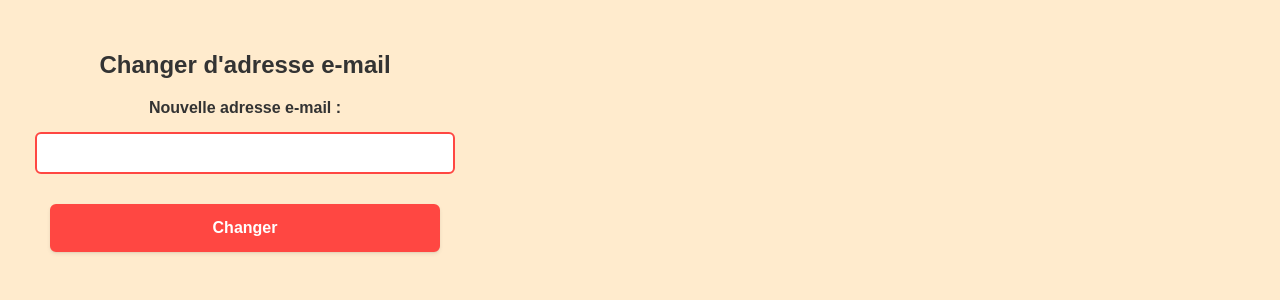
Repository: LeroyM084/Mushroom_Password
Page: ChromeExtension/templates/changeMail.html
An editor plug-in stored every save of this project. The page is shown before and after the next save, followed by the edit.
The browser window is 1280 px wide. The pictures show the whole page.

Above is the page before, as saved 2025-02-19 12:53:15.

### ChromeExtension/templates/changeMail.html
<!DOCTYPE html>
<html lang="fr">
	<head>
		<meta charset="UTF-8" />
		<meta name="viewport" content="width=device-width, initial-scale=1.0" />
		<title>Changer d'adresse e-mail</title>
		<link rel="stylesheet" href="../style/changeMail.css" />
		<script defer src="../scripts/changeMail.js"></script>
	</head>
	<body>
		<div class="container">
			<h1>Changer d'adresse e-mail</h1>
			<form id="emailForm">
				<label for="email">Nouvelle adresse e-mail :</label>
				<input type="email" id="email" name="email" required />
				<button type="submit" id="submitButton">Changer</button>
			</form>
		</div>
	</body>
</html>

### ChromeExtension/style/changeMail.css
html {
    border-radius: 10px;
}

body {
    font-family: Arial, sans-serif;
    color: #333;
    width: 450px;
    height : width / 2;
    height: fit-content;
    background-color: blanchedalmond;
    min-height: 300px;
    margin: 0;
    padding: 15px;
    display: flex;
    flex-direction: column;
    box-sizing: border-box;
}

.container {
    width: 100%;
    padding: 20px;
    display: flex;
    flex-direction: column;
    align-items: center;
}

h1 {
    font-size: 24px;
    font-weight: bold;
    color: #333;
    text-align: center;
    margin-bottom: 20px;
}

#emailForm {
    width: 100%;
    display: flex;
    flex-direction: column;
    align-items: center;
    gap: 15px;
}

label {
    font-size: 16px;
    font-weight: 700;
    color: #333;
}

input[type="email"] {
    width: 100%;
    padding: 10px;
    border: 2px solid #ff4742;
    border-radius: 6px;
    box-sizing: border-box;
    font-size: 16px;
}

button {
    width: calc(100% - 30px);
    display: inline-block;
    outline: 0;
    cursor: pointer;
    border-radius: 6px;
    border: 2px solid #ff4742;
    color: #fff;
    background-color: #ff4742;
    padding: 12px 20px;
    box-shadow: rgba(0,0,0,0.07) 0px 2px 4px 0px, rgba(0,0,0,0.05) 0px 1px 1.5px 0px;
    font-weight: 700;
    font-size: 16px;
    height: 48px;
    margin-top: 15px;
    transition: background-color .3s, color .3s;
}

button:hover {
    background-color: #fff;
    color: #ff4742;
}

/* Styles pour les messages de succès/erreur */
#message {
    margin-top: 20px;
    padding: 15px;
    border-radius: 6px;
    width: 100%;
    box-sizing: border-box;
    text-align: center;
}

.success {
    background-color: rgba(40, 167, 69, 0.1);
    border: 2px solid #28a745;
    color: #28a745;
}

.error {
    background-color: rgba(255, 71, 66, 0.1);
    border: 2px solid #ff4742;
    color: #ff4742;
}

#message a {
    display: inline-block;
    margin-top: 10px;
    color: inherit;
    text-decoration: none;
    font-weight: 700;
}

#message a:hover {
    text-decoration: underline;
}

### ChromeExtension/scripts/changeMail.js
document.addEventListener("DOMContentLoaded", () => {
	const form = document.querySelector("form");
	const emailInput = document.querySelector('input[type="email"]');
	const messageDiv = document.createElement("div");
	messageDiv.id = "message";
	form.appendChild(messageDiv);

	form.addEventListener("submit", async (e) => {
		e.preventDefault();
		const email = emailInput.value;

		try {
			const response = await fetch("http://localhost:5000/changeMail", {
				method: "POST",
				headers: {
					"Content-Type": "application/json",
				},
				body: JSON.stringify({ email: email }),
			});

			const data = await response.json();

			if (!response.ok) {
				throw new Error(
					data.error || "Erreur lors du changement d'email"
				);
			}

			// Afficher le message de succès
			messageDiv.innerHTML = `
                <div class="success">
                    ${data.message}<br>
                    <a href="index.html">Retour à l'accueil</a>
                </div>
            `;
		} catch (error) {
			console.error("Erreur:", error);
			messageDiv.innerHTML = `
                <div class="error">
                    Une erreur est survenue: ${error.message}<br>
                    <a href="index.html">Retour à l'accueil</a>
                </div>
            `;
		}
	});
});

After the next save:
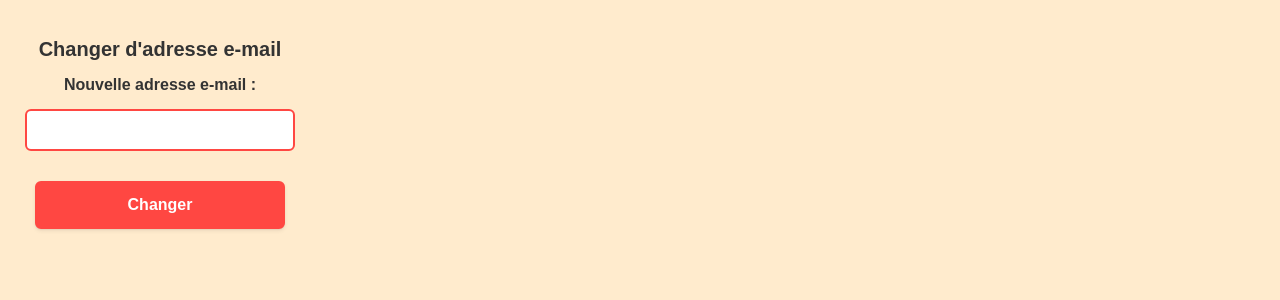
Saved 13 s later.
--- a/ChromeExtension/style/changeMail.css
+++ b/ChromeExtension/style/changeMail.css
@@ -5,11 +5,11 @@ html {
 body {
     font-family: Arial, sans-serif;
     color: #333;
-    width: 450px;
-    height : width / 2;
+    width: 300px;
     height: fit-content;
     background-color: blanchedalmond;
-    min-height: 300px;
+    min-height: 200px;
+    max-height: 400px;
     margin: 0;
     padding: 15px;
     display: flex;
@@ -19,18 +19,18 @@ body {
 
 .container {
     width: 100%;
-    padding: 20px;
+    padding: 10px;
     display: flex;
     flex-direction: column;
     align-items: center;
 }
 
 h1 {
-    font-size: 24px;
+    font-size: 20px;
     font-weight: bold;
     color: #333;
     text-align: center;
-    margin-bottom: 20px;
+    margin-bottom: 15px;
 }
 
 #emailForm {
@@ -57,7 +57,7 @@ input[type="email"] {
 }
 
 button {
-    width: calc(100% - 30px);
+    width: calc(100% - 20px);
     display: inline-block;
     outline: 0;
     cursor: pointer;
@@ -65,7 +65,7 @@ button {
     border: 2px solid #ff4742;
     color: #fff;
     background-color: #ff4742;
-    padding: 12px 20px;
+    padding: 8px 15px;
     box-shadow: rgba(0,0,0,0.07) 0px 2px 4px 0px, rgba(0,0,0,0.05) 0px 1px 1.5px 0px;
     font-weight: 700;
     font-size: 16px;
